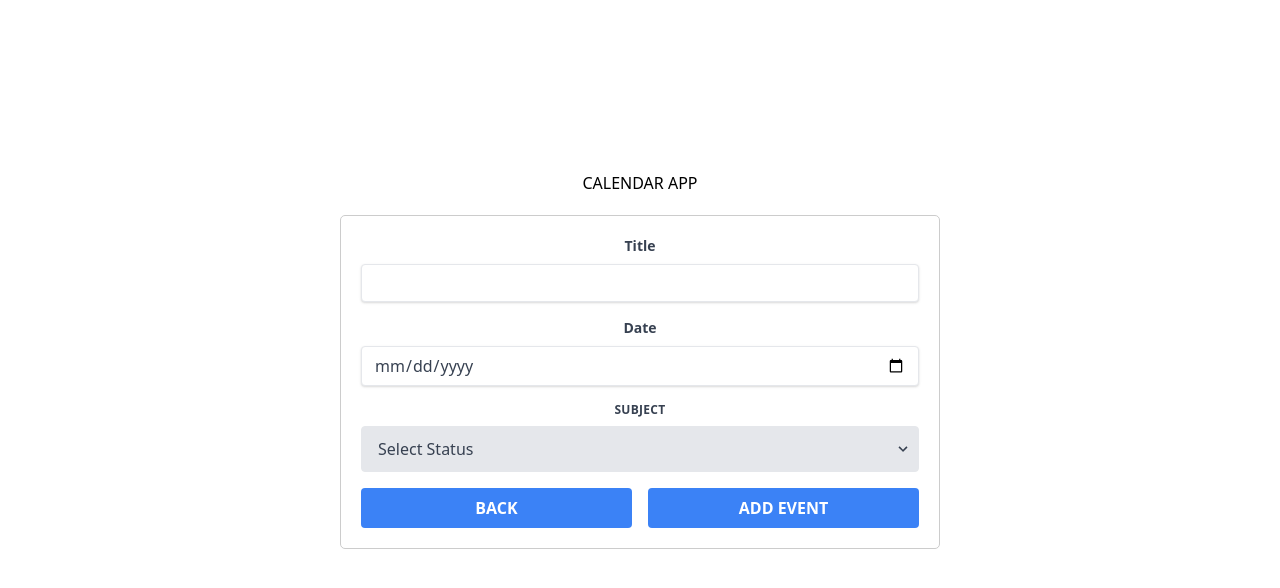
Repository: maikeru-desu/parking-lot
Page: /add (app in parking-lot-fe/)
These files come from the project's save history. The page is drawn as it stood at one moment and after the next save; the edit follows.
The browser window is 1280 px wide. The pictures show the whole page.
The project was rebuilt for these pictures with package versions that can differ from the ones it lists, and the page was loaded fresh each time. Also part of the build but not shown: parking-lot-fe/craco.config.js, parking-lot-fe/src/pages/Home.js, parking-lot-fe/src/pages/Edit.js.

Above is the page before, as saved 2021-10-14 07:13:42.

### parking-lot-fe/src/index.js
import React from 'react';
import ReactDOM from 'react-dom';
import './index.css';
import App from './App';
import {Provider} from "react-redux";
import {BrowserRouter} from "react-router-dom";
import reportWebVitals from './reportWebVitals';
import store from './redux/store';

ReactDOM.render(
    <React.StrictMode>
        <BrowserRouter>
            <Provider store={store}>
                <App />
            </Provider>
        </BrowserRouter>
    </React.StrictMode>,
    document.getElementById('root')
);

// If you want to start measuring performance in your app, pass a function
// to log results (for example: reportWebVitals(console.log))
// or send to an analytics endpoint. Learn more: https://bit.ly/CRA-vitals
reportWebVitals();

### parking-lot-fe/src/App.js
import logo from './logo.svg';
import './App.css';
import {Switch, Route} from "react-router-dom";
import Home from './pages/Home';
import Add from './pages/Add';
import Edit from './pages/Edit';

function App() {
  return (
    <div className="App">
        <h1 class="mb-5">CALENDAR APP</h1>
        <Switch>
            <Route exact path="/" component={Home} />
            <Route exact path="/add" component={Add} />
            <Route exact path="/edit/:id" component={Edit} />
        </Switch>
    </div>
  );
}

export default App;

### parking-lot-fe/src/redux/store.js
import {createStore, applyMiddleware} from "redux";
import logger from "redux-logger";
import reduxThunk from "redux-thunk";
import rootReducer from "./root-reducer";

const middlewares = [reduxThunk];

if (process.env.NODE_ENV === "development") {
    middlewares.push(logger)
}

const store = createStore(rootReducer, applyMiddleware(...middlewares));

export default store;

### parking-lot-fe/src/pages/Add.js
import React, {useState} from 'react'
import { useHistory } from 'react-router-dom';
import { useDispatch } from 'react-redux';
import { addEvent } from '../redux/actions';
import '../form.css';

const Add = () => {
    const [state, setState] = useState({
        title: "",
        date: "",
        status: ""
    });

    const [error, setError] = useState("");

    let history = useHistory();
    let dispatch = useDispatch();
    const {title, date, status} = state;

    const handleChange = (e) => {
        let {name, value} = e.target;
        console.log(value);
        setState({...state, [name]: value});
    }

    const handleSubmit = (e) => {
        e.preventDefault();
        console.log(state);
        if (!title || !date || !status) {
            setError("All fields are required");
        } else {
            dispatch(addEvent(state));
            history.push('/');
            setError("");
        }
    }
    return (
        <div>
            <form method="POST" onSubmit={handleSubmit}>
                {error && <h3 className="text-red-700">{error}</h3>}
                <div className="mb-4">
                    <label className="block text-gray-700 text-sm font-bold mb-2" for="name">
                        Title
                    </label>
                    <input
                        name="title"
                        id="title"
                        value={title}
                        type={title}
                        onChange={handleChange}
                        className="shadow appearance-none border rounded w-full py-2 px-3 text-gray-700 leading-tight focus:outline-none focus:shadow-outline"
                    />
                </div>
                <div className="mb-4">
                    <label className="block text-gray-700 text-sm font-bold mb-2" for="name">
                        Date
                    </label>
                    <input
                        type="date"
                        name="date"
                        id="date"
                        value={date}
                        onChange={handleChange}
                        className="shadow appearance-none border rounded w-full py-2 px-3 text-gray-700 leading-tight focus:outline-none focus:shadow-outline"
                    />
                </div>
                <div className="mb-4">
                    <label className="block uppercase tracking-wide text-gray-700 text-xs font-bold mb-2" for="grid-state">
                        Subject
                    </label>
                    <div className="relative">
                        <select
                            id="status"
                            name="status"
                            value={status}
                            onChange={handleChange}
                            className="block appearance-none w-full bg-gray-200 border border-gray-200 text-gray-700 py-3 px-4 pr-8 rounded leading-tight focus:outline-none focus:bg-white focus:border-gray-500">
                            <option>Select Status</option>
                            <option value="0">Pending</option>
                            <option value="2">Ongoing</option>
                            <option value="1">Done</option>
                        </select>
                        <div className="pointer-events-none absolute inset-y-0 right-0 flex items-center px-2 text-gray-700">
                            <svg className="fill-current h-4 w-4" xmlns="http://www.w3.org/2000/svg" viewBox="0 0 20 20">
                                <path d="M9.293 12.95l.707.707L15.657 8l-1.414-1.414L10 10.828 5.757 6.586 4.343 8z" />
                            </svg>
                        </div>
                    </div>
                </div>
                <div className="flex items-center justify-between">
                    <button
                        onClick={() => history.push("/")}
                        className="mr-2 bg-blue-500 hover:bg-blue-700 text-white font-bold py-2 px-4 rounded focus:outline-none focus:shadow-outline"
                        type="button">
                        BACK
                    </button>
                    <button
                        type="submit"
                        className="ml-2 bg-blue-500 hover:bg-blue-700 text-white font-bold py-2 px-4 rounded focus:outline-none focus:shadow-outline">
                        ADD EVENT
                    </button>
                </div>
            </form>
        </div>
    )
}

export default Add

### parking-lot-fe/src/redux/root-reducer.js
import {combineReducers} from "redux";
import eventsReducers from "./reducer";

const rootReducer = combineReducers({
    events: eventsReducers
});

export default rootReducer;

### parking-lot-fe/src/redux/actions.js
import * as types from "./actionType";
import axios from "axios";

const getEvents = (events) => ({
    type: types.GET_EVENTS,
    payload: events
});

const eventDeleted = () => ({
    type: types.DELETE_EVENT
});

const eventAdded = () => ({
    type: types.ADD_EVENT
});

const eventFetched = (event) => ({
    type: types.GET_EVENT,
    payload: event,
});

const eventUpdated = () => ({
    type: types.UPDATE_EVENT
});

export const loadEvents = () => {
    return function (dispatch) {
        axios.get(`${process.env.REACT_APP_API}`).then((resp) => {
            // console.log("resp", resp);
            dispatch(getEvents(resp.data));
        })
        .catch((error) => console.log(error));
    };
};

export const deleteEvent = (id) => {
    return function (dispatch) {
        axios.delete(`${process.env.REACT_APP_API}/${id}`).then((resp) => {
            console.log("resp", resp);
            dispatch(eventDeleted());
            dispatch(loadEvents());
        })
        .catch((error) => console.log(error));
    };
};

export const addEvent = (user) => {
    return function (dispatch) {
        axios.post(`${process.env.REACT_APP_API}`, user).then((resp) => {
            console.log("resp", resp);
            dispatch(eventAdded());
            dispatch(loadEvents());
        })
        .catch((error) => console.log(error));
    };
};

export const getEvent = (id) => {
    return function (dispatch) {
        axios.get(`${process.env.REACT_APP_API}/${id}`).then((resp) => {
            console.log("resp", resp);
            dispatch(eventFetched(resp.data));
        })
        .catch((error) => console.log(error));
    };
};

export const updateEvent = (user, id) => {
    return function (dispatch) {
        axios.put(`${process.env.REACT_APP_API}/${id}`, user).then((resp) => {
            console.log("resp", resp);
            dispatch(eventUpdated());
        })
            .catch((error) => console.log(error));
    };
};

### parking-lot-fe/src/form.css
html, body {
  height: 100%
}

body {
  display: flex;
  justify-content: center;
  align-items: center;
}

form {
  padding: 20px;
  border: 1px solid #ccc;
  border-radius: 5px;
  width: 100%;
}

button {
  width: 100%
}

#root {
    width: 100%;
    max-width: 600px;
}

### parking-lot-fe/src/redux/reducer.js
import * as types from "./actionType";

const initialState = {
    events: [],
    event: {},
    loading: true
}

const eventsReducers = (state = initialState, action) => {
    switch (action.type) {
        case types.GET_EVENTS:
            return {
                ...state,
                events: action.payload,
                loading: false,
            };
        case types.DELETE_EVENT:
        case types.ADD_EVENT:
        case types.UPDATE_EVENT:
            return {
                ...state,
                loading: false,
            }
        case types.GET_EVENT:
            return {
                ...state,
                event: action.payload,
                loading: false,
            };
        default:
            return state;
    }
}

export default eventsReducers;

### parking-lot-fe/src/redux/actionType.js
export const GET_EVENTS = "GET_EVENTS";
export const DELETE_EVENT = "DELETE_EVENT";
export const ADD_EVENT = "ADD_EVENT";
export const GET_EVENT = "GET_EVENT";
export const UPDATE_EVENT = "UPDATE_EVENT";

Loaded but not shown: parking-lot-fe/src/index.css (common file); parking-lot-fe/src/reportWebVitals.js (common file); parking-lot-fe/src/App.css (common file); parking-lot-fe/tailwind.config.js (common file)

After the next save:
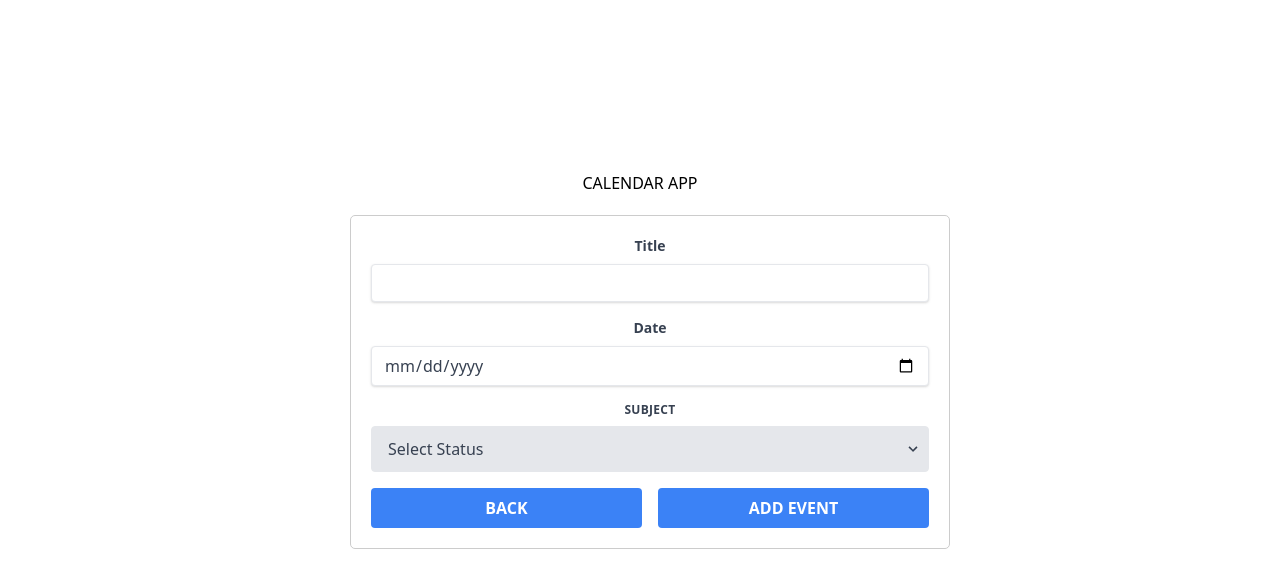
Saved 60 s later.
--- a/parking-lot-fe/src/form.css
+++ b/parking-lot-fe/src/form.css
@@ -13,6 +13,8 @@
   border: 1px solid #ccc;
   border-radius: 5px;
   width: 100%;
+  margin-left: 10px;
+  margin-right: 10px;
 }
 
 button {

After the save that followed:
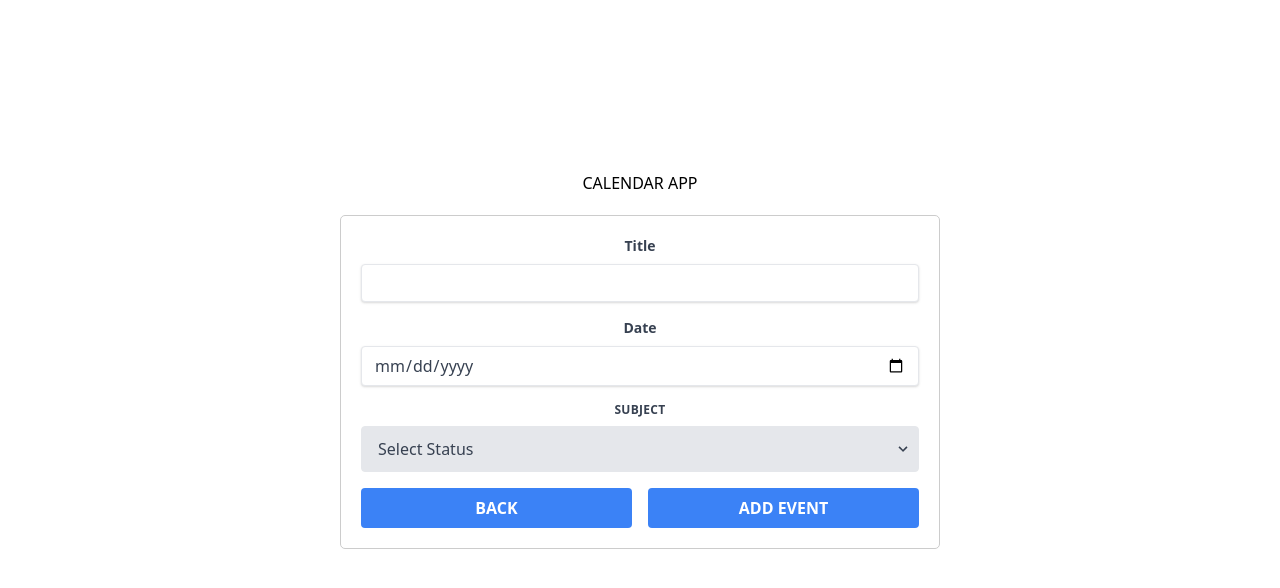
Saved 14 s later.
--- a/parking-lot-fe/src/form.css
+++ b/parking-lot-fe/src/form.css
@@ -13,8 +13,6 @@
   border: 1px solid #ccc;
   border-radius: 5px;
   width: 100%;
-  margin-left: 10px;
-  margin-right: 10px;
 }
 
 button {
